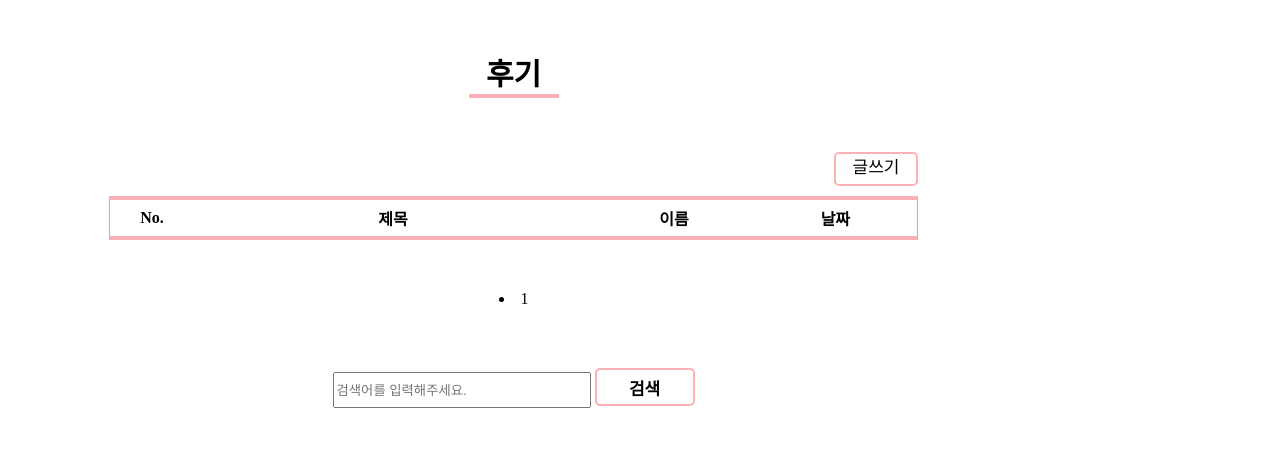
Repository: seugju/HSDsemi
Page: http://localhost/studioMood/postList?reqPage=1
These files come from the project's save history. The page is drawn as it stood at one moment and after the next save; the edit follows.
The browser window is 1280 px wide. The pictures show the whole page.
The page is served by Tomcat 9. Queries for data that is not in the repository find no rows.

Above is the page before, as saved 2020-11-25 06:20:02.

After the next save:
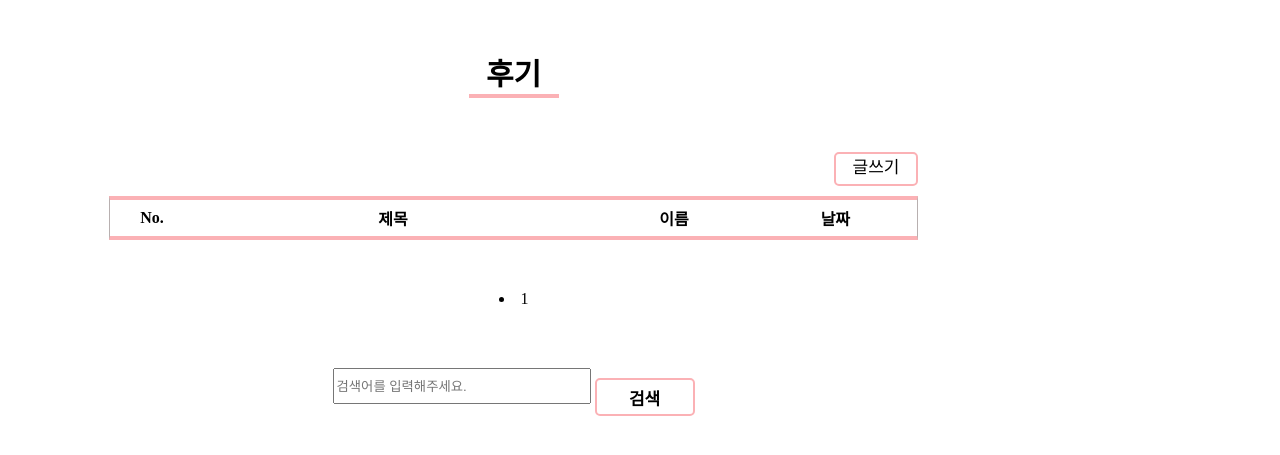
Saved 42 s later.
--- a/project-workspace/studioMood/WebContent/WEB-INF/views/post/postList.jsp
+++ b/project-workspace/studioMood/WebContent/WEB-INF/views/post/postList.jsp
@@ -93,7 +93,7 @@
             margin: 50px;
         }
         .post>form>input:nth-child(2){
-        margin-top : 10px;
+
         }
     </style>
 </head>
@@ -130,7 +130,7 @@
        <div class="post">
        <form action="" method="get" id="search">
        <input type="text" placeholder="검색어를 입력해주세요." class="search-text">
-       <input type="submit" value="검색" class="btn-post">
+       <input type="submit" value="검색" class="btn-post" style="vertical-align:middle;">
        </form>
        </div>
    </section>
